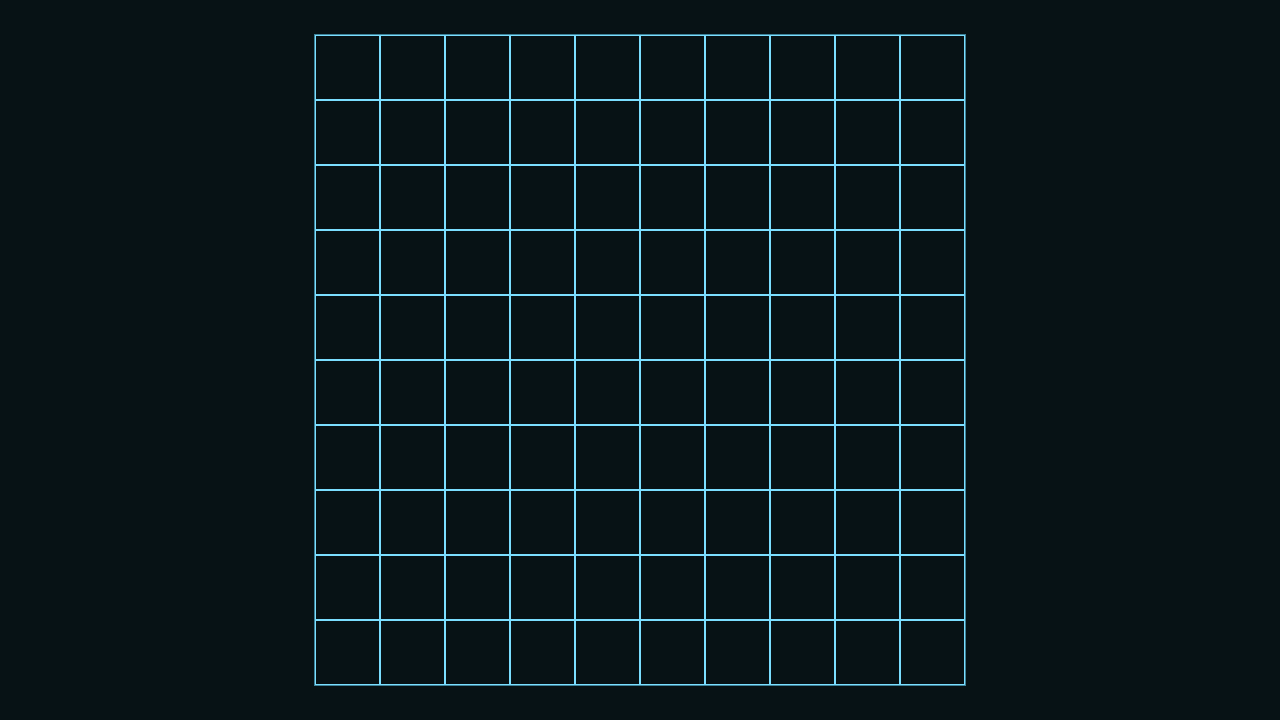
Repository: rehans-Life/linkedlist-snake-game
Page: /
These files come from the project's save history. The page is drawn as it stood at one moment and after the next save; the edit follows.
The browser window is 1280 px wide. The pictures show the whole page.
The project was rebuilt for these pictures with package versions that can differ from the ones it lists, and the page was loaded fresh each time. The framework's server and built-in components were replaced by stand-ins that run in the browser. Also part of the build but not shown: next.config.js.

Above is the page before, as saved 2023-04-15 11:38:08.

After the next save:
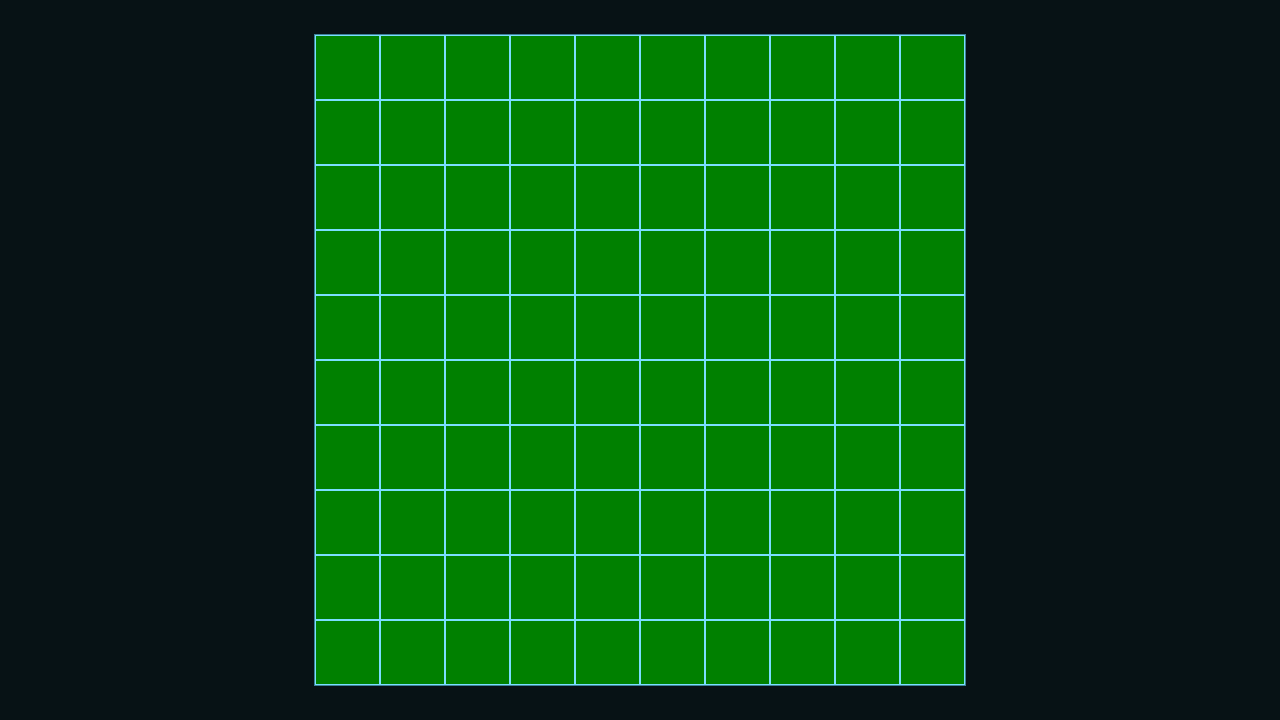
Saved 3 s later.
--- a/components/Board.jsx
+++ b/components/Board.jsx
@@ -12,7 +12,12 @@ export default function Board() {
       {board.map((row, index) => (
         <div key={index} className={styles.row}>
           {row.map((_, index) => (
-            <div key={index} className={`${styles.cell}`}></div>
+            <div
+              key={index}
+              className={`${styles.cell} ${
+                true ? styles.snake_cell : styles.food_cell
+              }`}
+            ></div>
           ))}
         </div>
       ))}
